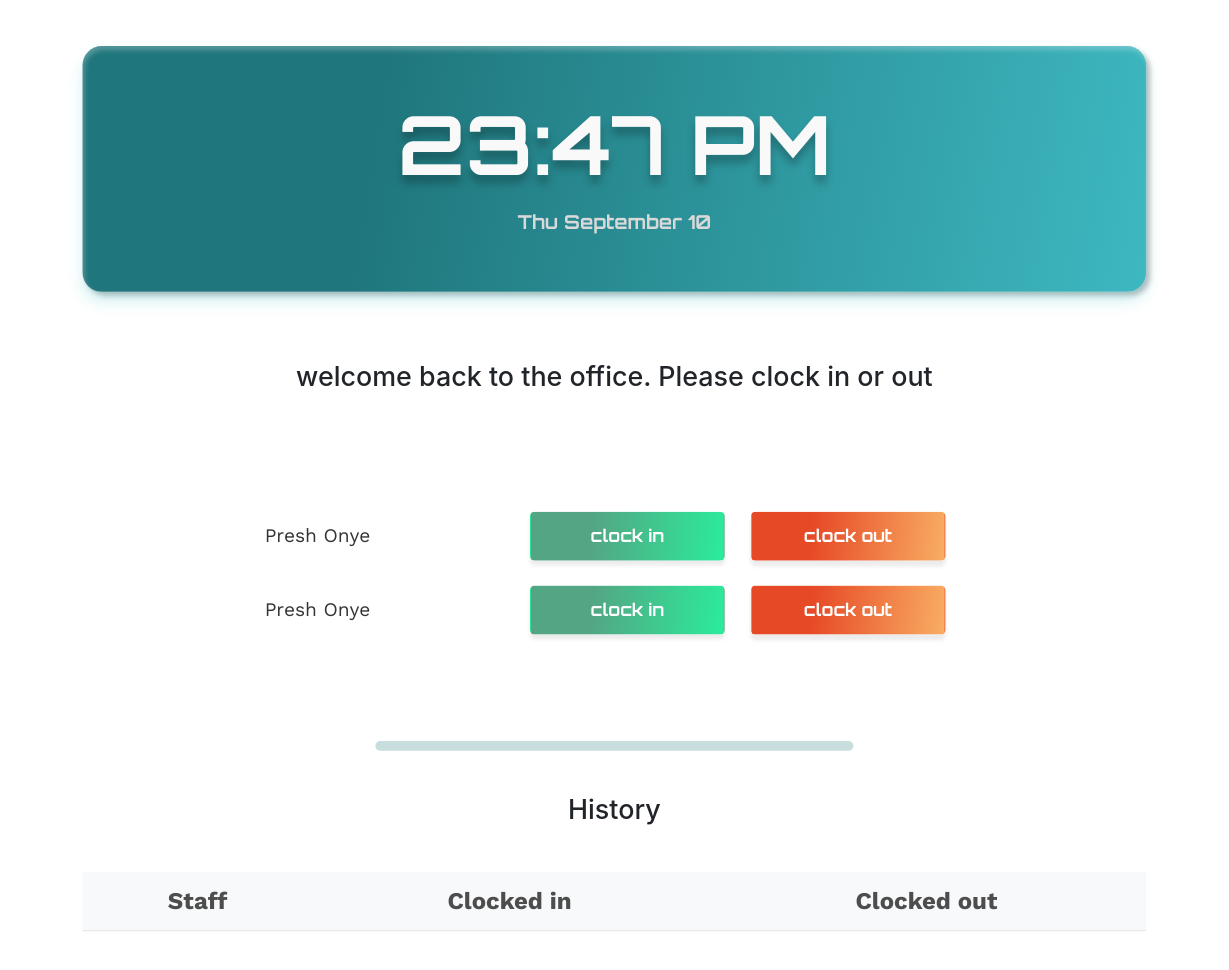
Repository: giprim/clocker
Page: /
These files come from the project's save history. The page is drawn as it stood at one moment and after the next save; the edit follows.
The browser window is 1280 px wide. The pictures show the whole page, at 96% of full size.
The project was rebuilt for these pictures with package versions that can differ from the ones it lists, and the page was loaded fresh each time.

Above is the page before, as saved 2020-09-11 13:27:43.

After the next save:
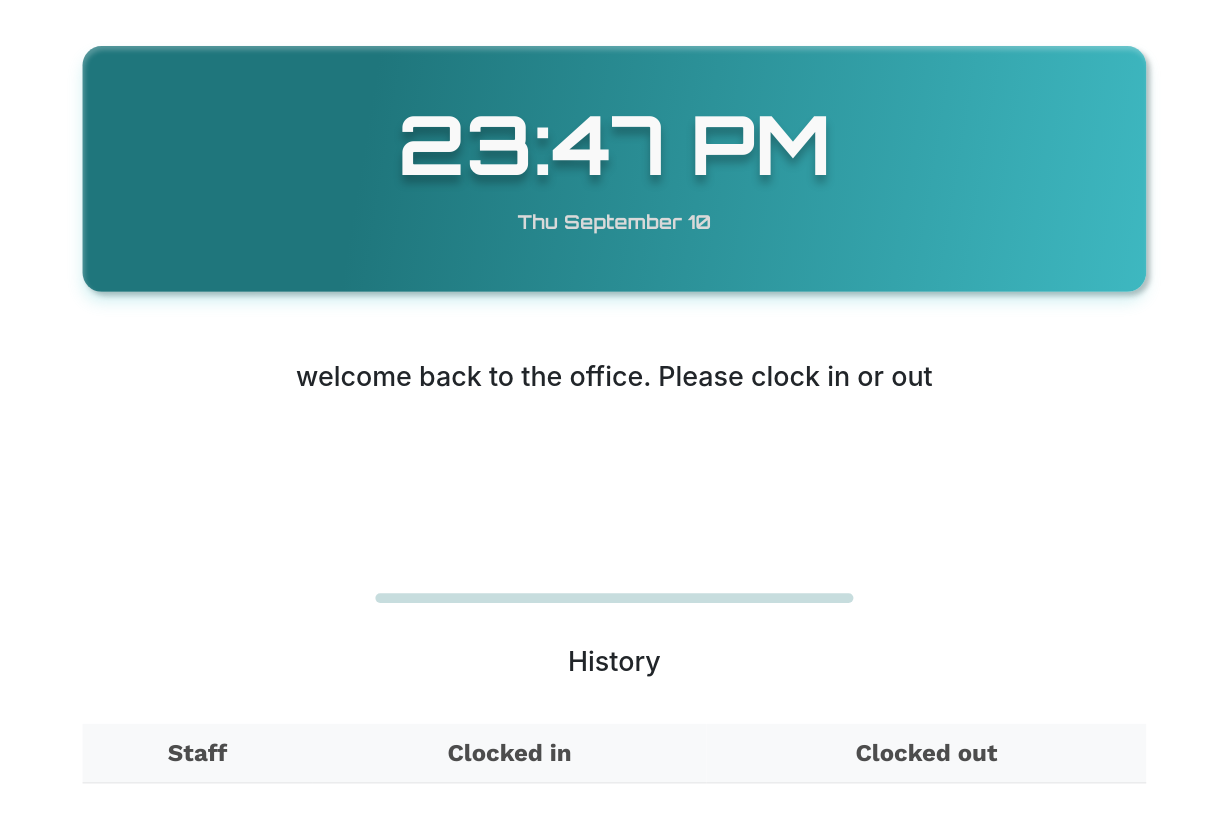
Saved 30 s later.
--- a/src/App.tsx
+++ b/src/App.tsx
@@ -72,22 +72,7 @@
                 <th></th>
               </tr>
             </thead>
-            <tbody>
-              <tr>
-                <td className='staff'>Presh Onye</td>
-                <td className='row justify-content-evenly'>
-                  <button className='btn clockin col-5'> clock in</button>
-                  <button className='btn clockout col-5'> clock out</button>
-                </td>
-              </tr>
-              <tr>
-                <td className='staff'>Presh Onye</td>
-                <td className='row justify-content-evenly'>
-                  <button className='btn clockin col-5'> clock in</button>
-                  <button className='btn clockout col-5'> clock out</button>
-                </td>
-              </tr>
-            </tbody>
+            <tbody></tbody>
           </table>
         </div>
       </div>
--- a/src/component/staffClocker.tsx
+++ b/src/component/staffClocker.tsx
@@ -1,6 +1,6 @@
 import React from 'react';
 
-const staffClocker = () => {
+const StaffClocker = () => {
   return (
     <tr>
       <td className='staff'>Presh Onye</td>
@@ -12,4 +12,4 @@ const staffClocker = () => {
   );
 };
 
-export default staffClocker;
+export default StaffClocker;

After the save that followed:
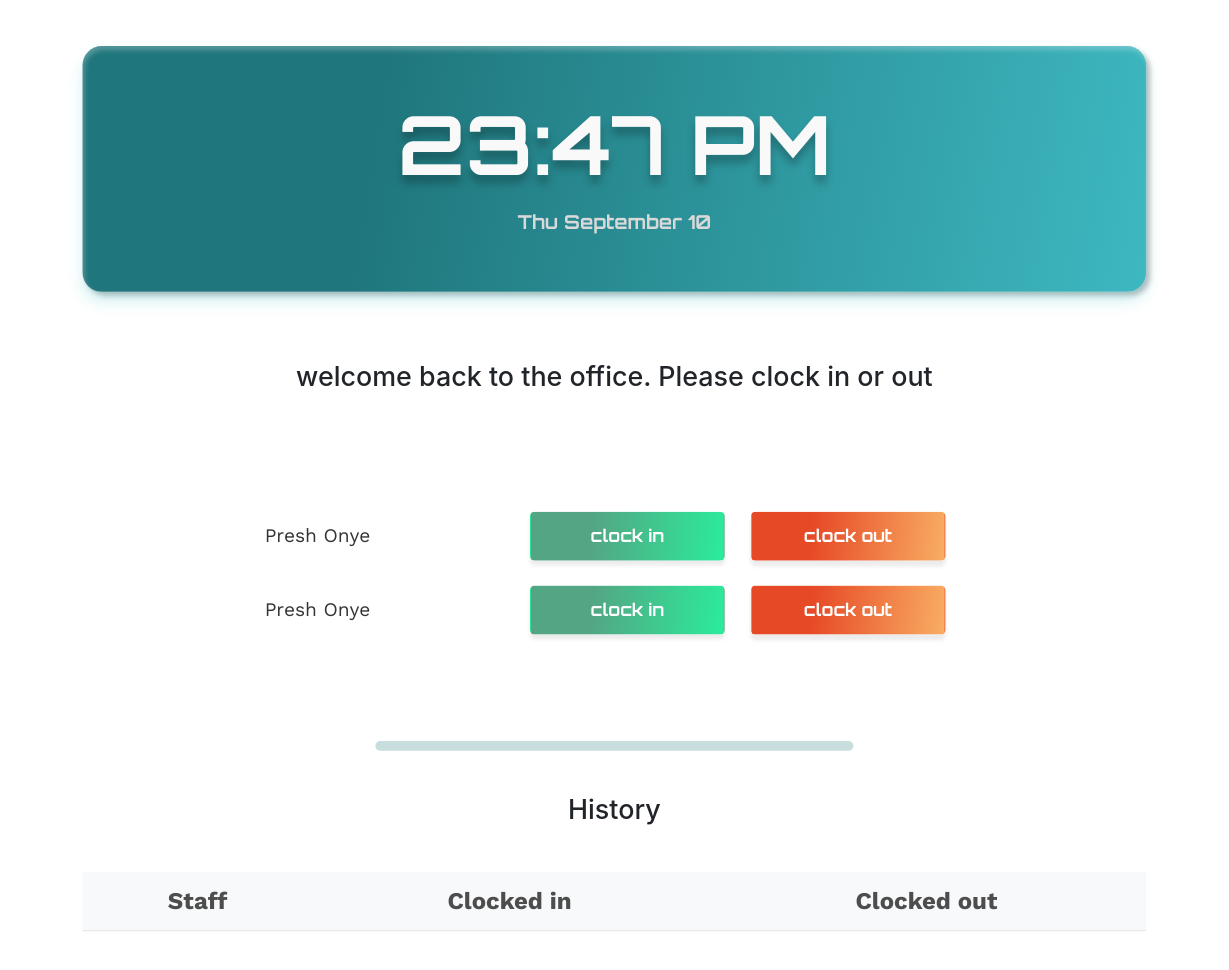
Saved 16 s later.
--- a/src/App.tsx
+++ b/src/App.tsx
@@ -1,5 +1,6 @@
 import React, { useState } from 'react';
 import './App.css';
+import StaffClocker from './component/staffClocker';
 
 function App() {
   const [getDate, setDate] = useState<string>();
@@ -72,7 +73,10 @@
                 <th></th>
               </tr>
             </thead>
-            <tbody></tbody>
+            <tbody>
+              <StaffClocker />
+              <StaffClocker />
+            </tbody>
           </table>
         </div>
       </div>
